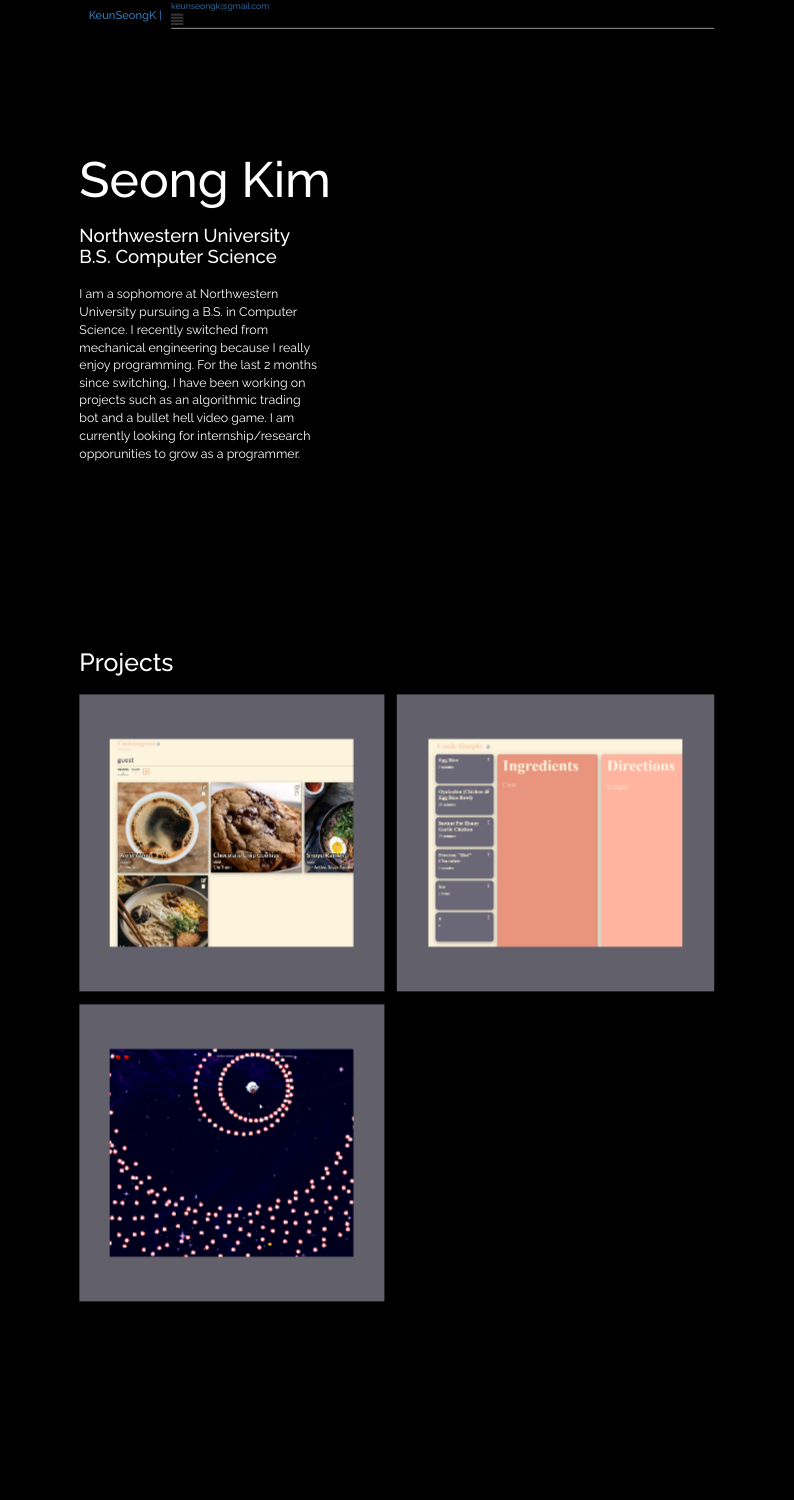
Repository: oqueuo/personal-site
Page: index.html
An editor plug-in stored every save of this project. The page is shown before and after the next save, followed by the edit.
The browser window is 1280 px wide. The pictures show the whole page, at 62% of full size.

Above is the page before, as saved 2020-09-21 18:41:26.

After the next save:
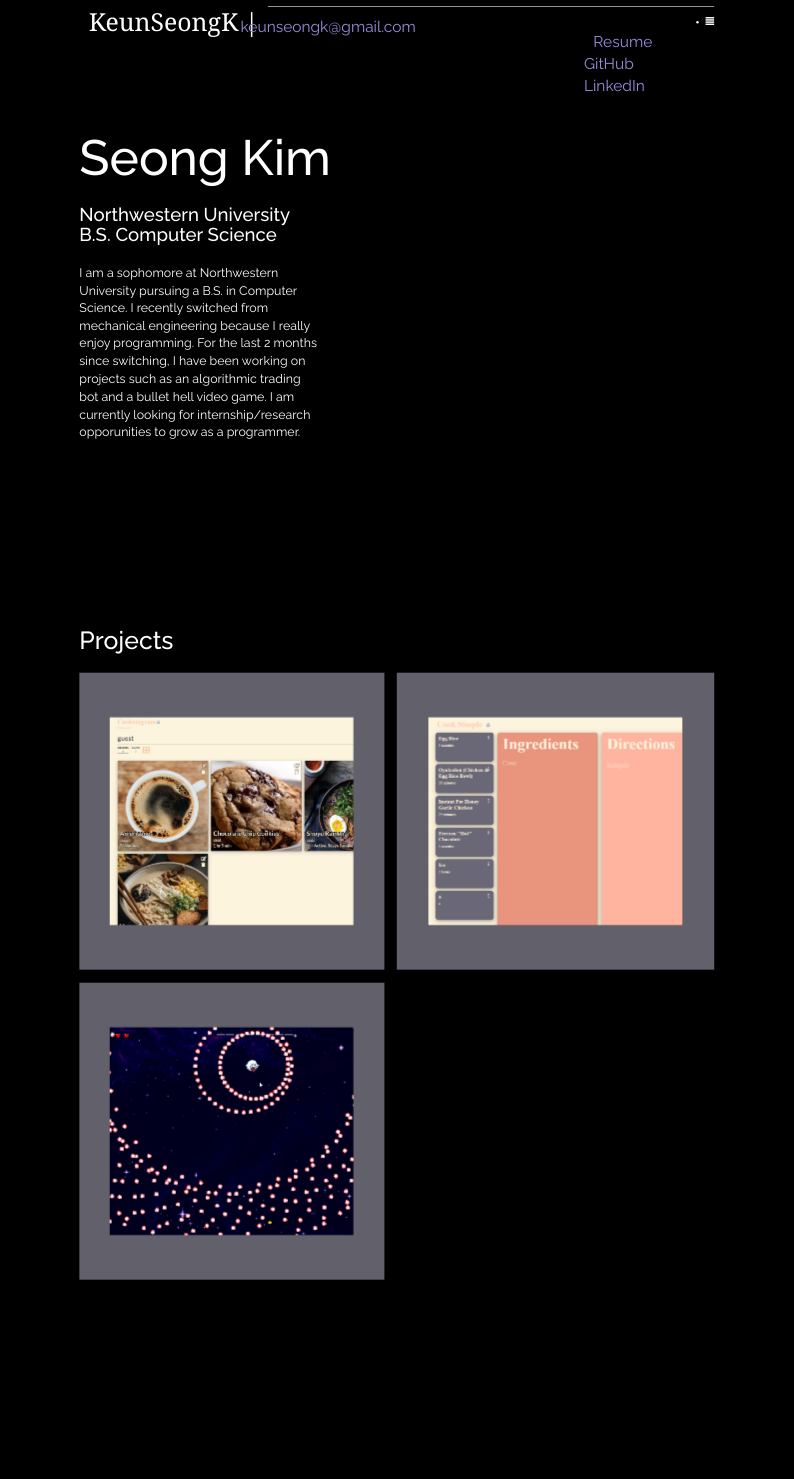
Saved 5 s later.
--- a/styles.css
+++ b/styles.css
@@ -22,7 +22,7 @@ main {
 
 
 /* NAVBAR */
-/* header {
+header {
     color: white;
     padding-top: 10px;
     position: relative;
@@ -68,49 +68,7 @@ ul a:active, #email:active, .more-info-on-github:active {
 #horizontal-line {
     width: 100vw;
     left: 0;
-} */
-    /* Recipe pulldown */
-    header ul {
-        list-style: none;
-        z-index: 5;
-    }
-    span.three-vertical-dots {
-        /* Put the three dots on top right corner of recipe card */
-        position: absolute;
-        top: 10px;
-        right: 10px;
-    }
-    .three-vertical-dots li:active {
-        color: rgb(255, 239, 218);
-    }
-    #pulldown-btn {
-        cursor: pointer;
-        font-size: 20px;
-    }
-    ul #nav-pulldown {
-        display: none;
-        background-color: rgb(253, 244, 222);
-        border: 1px solid #333;
-        border-radius: 4px;
-        width: 90px;
-        padding: 5px;
-        position: absolute;
-        top: 30px;
-        right: 10px;
-        text-align: end;
-    }
-    ul #nav-pulldown li {
-        color: #333;
-        display: block;
-        block-size: auto;
-    }
-    header>ul>li:hover #nav-pulldown {
-        display: block;
-    }
-    ul #nav-pulldown a {
-        color: rgb(76, 74, 83);
-        font-size: 15px;
-    }
+}
 
 
 /* ABOUT */
